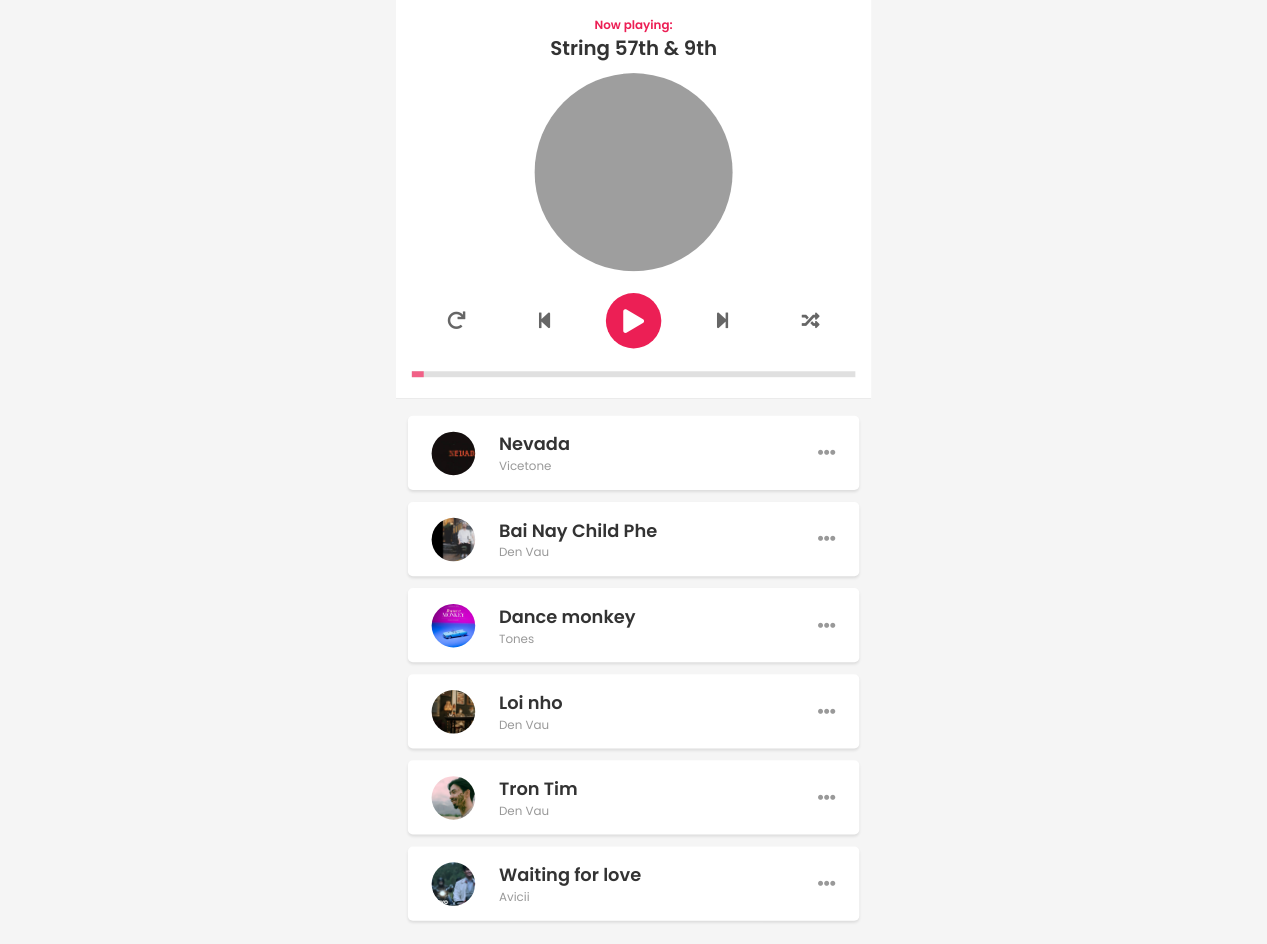
Repository: dovanthao2404/AppMusicPlayer
Page: index.html
An editor plug-in stored every save of this project. The page is shown before and after the next save, followed by the edit.
The browser window is 1280 px wide. The pictures show the whole page, at 99% of full size.
Pictures or frames that could not be fetched are drawn as grey boxes.

Above is the page before, as saved 2021-06-28 13:17:58.

After the next save:
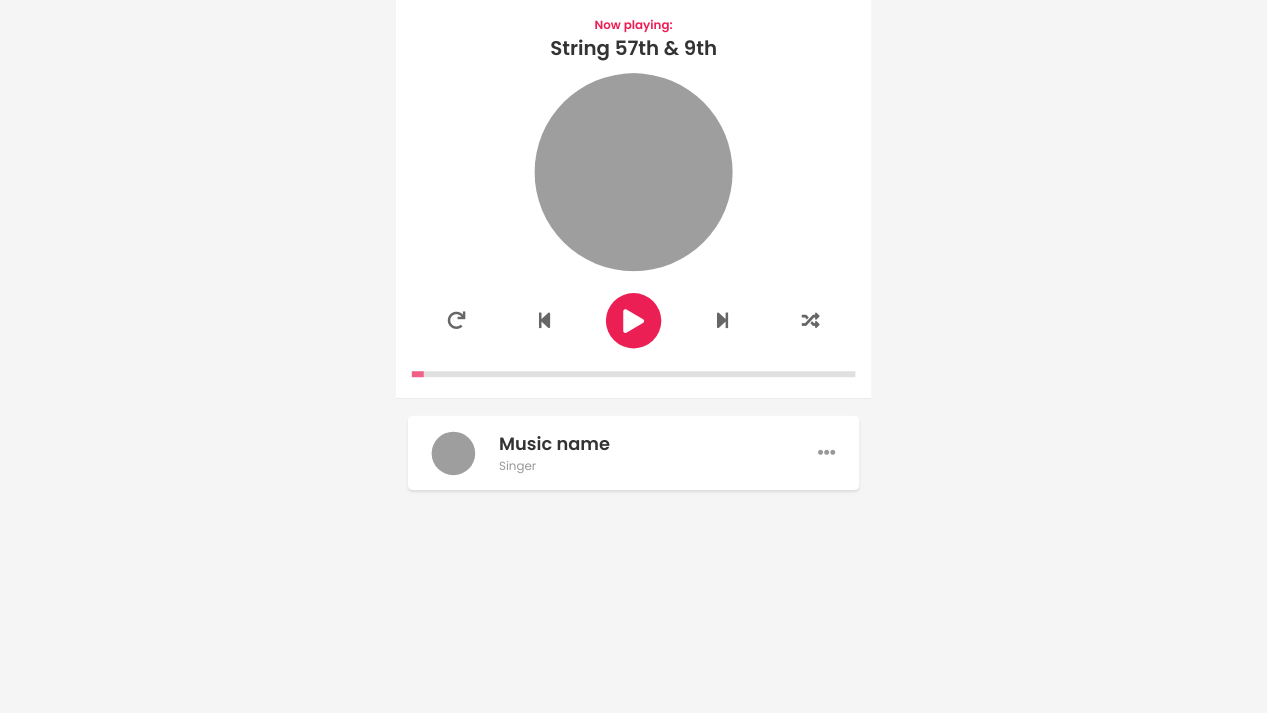
Console error: TypeError: this.defineProperties is not a function
Saved 53 s later.
--- a/js/app.js
+++ b/js/app.js
@@ -72,6 +72,7 @@
     return this.songs[this.currentIndex];
   },
   start: function () {
+    this.defineProperties()
     this.handlEvents()
 
     console.log(this.getCurrentSong());

After the 5 saves that followed:
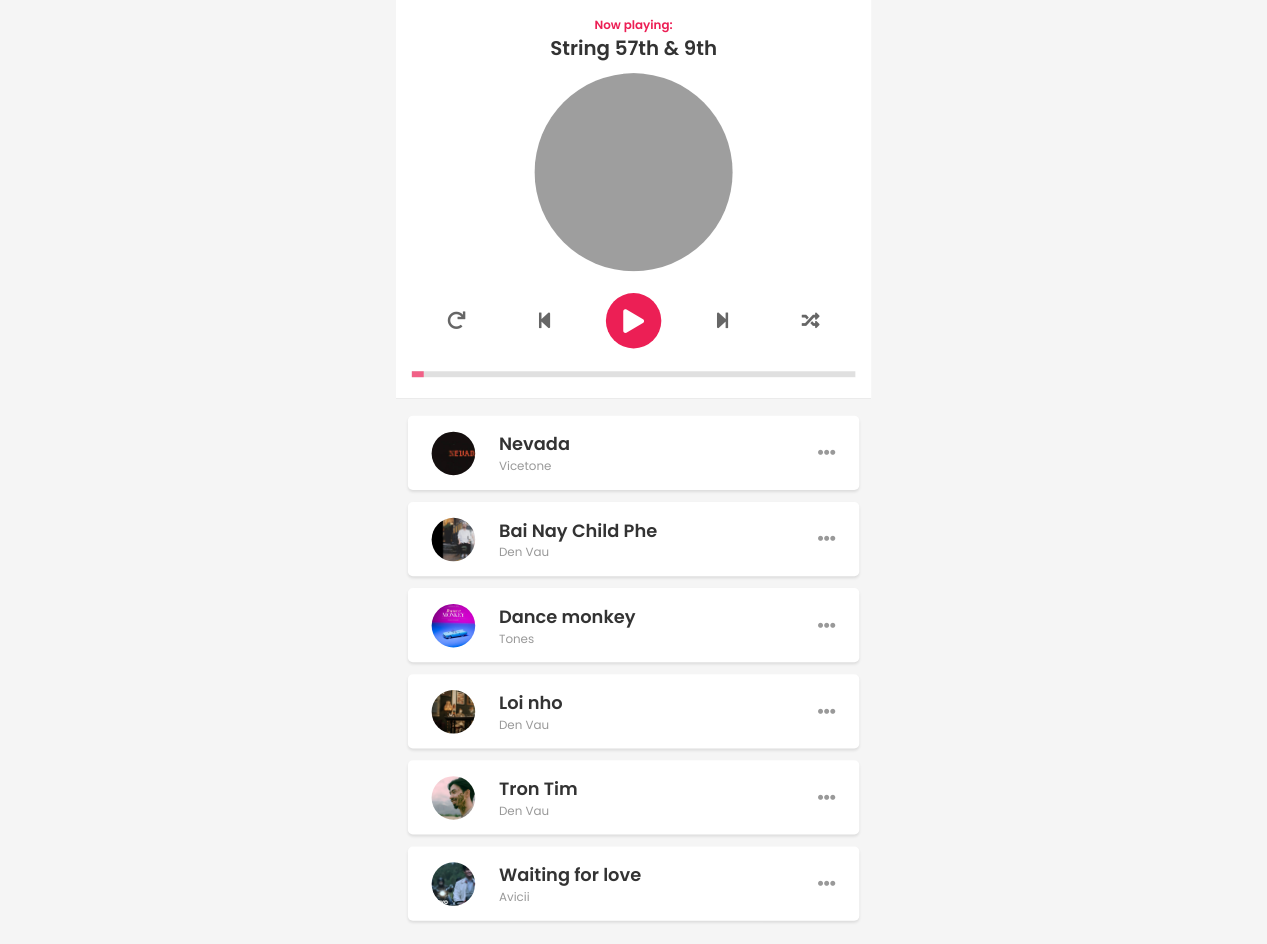
The error is gone.
The 5 saves are shown as one change because 3 left the picture as it was and some came seconds apart.
The last was saved 4 min 54 s later.
--- a/js/app.js
+++ b/js/app.js
@@ -55,6 +55,13 @@
     })
     playList.innerHTML = htmls.join('');
   },
+  defineProperties: function () {
+    Object.defineProperty(this, 'currentSong', {
+      get: function () {
+        return this.songs[this.currentIndex];
+      }
+    })
+  },
   handlEvents: function () {
     const cd = $('.cd');
     const cdWidth = cd.offsetWidth;
@@ -68,14 +75,9 @@
       cd.style.opacity = newCdWidth / cdWidth;
     }
   },
-  getCurrentSong: function () {
-    return this.songs[this.currentIndex];
-  },
   start: function () {
     this.defineProperties()
     this.handlEvents()
-
-    console.log(this.getCurrentSong());
 
     this.render()
 
